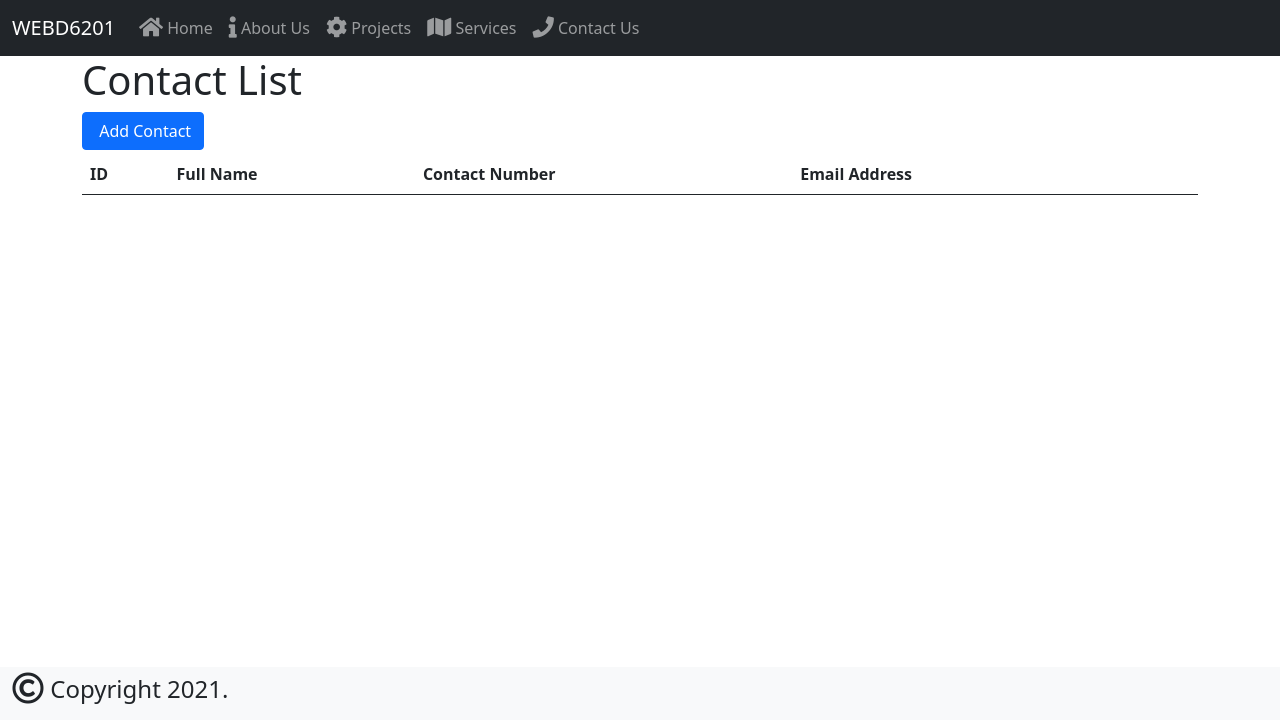
Repository: GarlicButterBoy/WEBD6201-ICE04
Page: contact-list.html
An editor plug-in stored every save of this project. The page is shown before and after a run of saves, followed by the edit.
The browser window is 1280 px wide. The pictures show the whole page.

Above is the page before, as saved 2021-02-10 09:23:28.

After the next 2 saves:
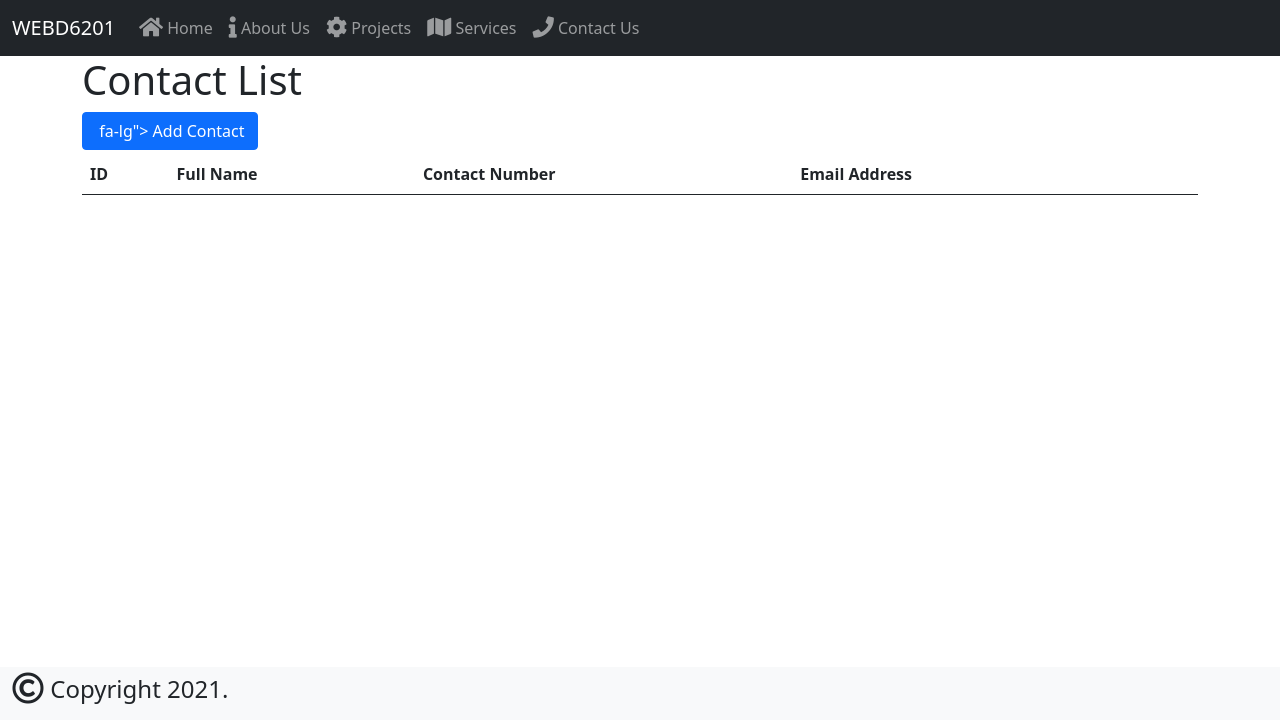
The 2 saves are shown as one change because they came seconds apart.
The last was saved 9 s later.
--- a/contact-list.html
+++ b/contact-list.html
@@ -53,7 +53,7 @@
         <div class="row">
           <div class="col">
 
-            <button class="btn btn-primary mb-1"><i class="fas plus-octagon fa-lg"></i> Add Contact</button>
+            <button class="btn btn-primary mb-1"><i class="fas <i class="fab fa-plus-octagon"></i> fa-lg"></i> Add Contact</button>
             <table class="table table-striped">
             <thead>
               <tr>

After the 3 saves that followed:
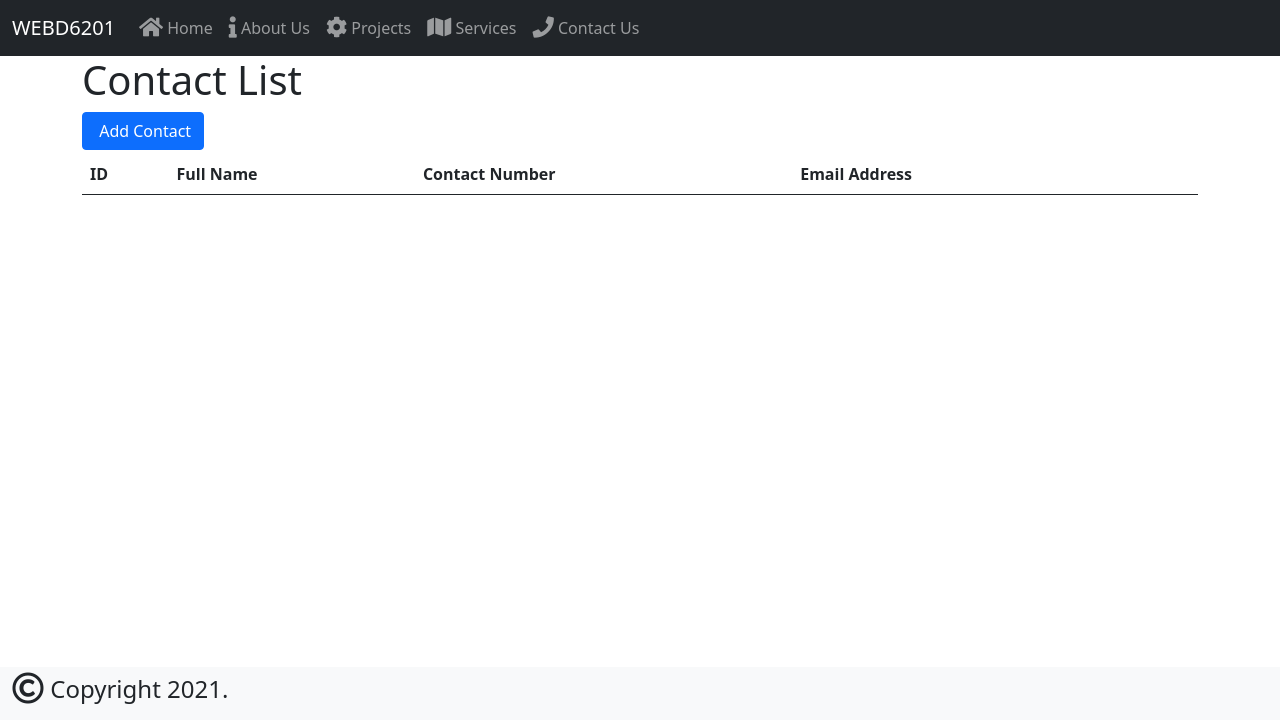
The 3 saves are shown as one change because 2 left the picture as it was.
The last was saved 24 s later.
--- a/contact-list.html
+++ b/contact-list.html
@@ -53,7 +53,7 @@
         <div class="row">
           <div class="col">
 
-            <button class="btn btn-primary mb-1"><i class="fas <i class="fab fa-plus-octagon"></i> fa-lg"></i> Add Contact</button>
+            <button class="btn btn-primary mb-1"><i class="fas fab-plus-octagon"></i> Add Contact</button>
             <table class="table table-striped">
             <thead>
               <tr>
